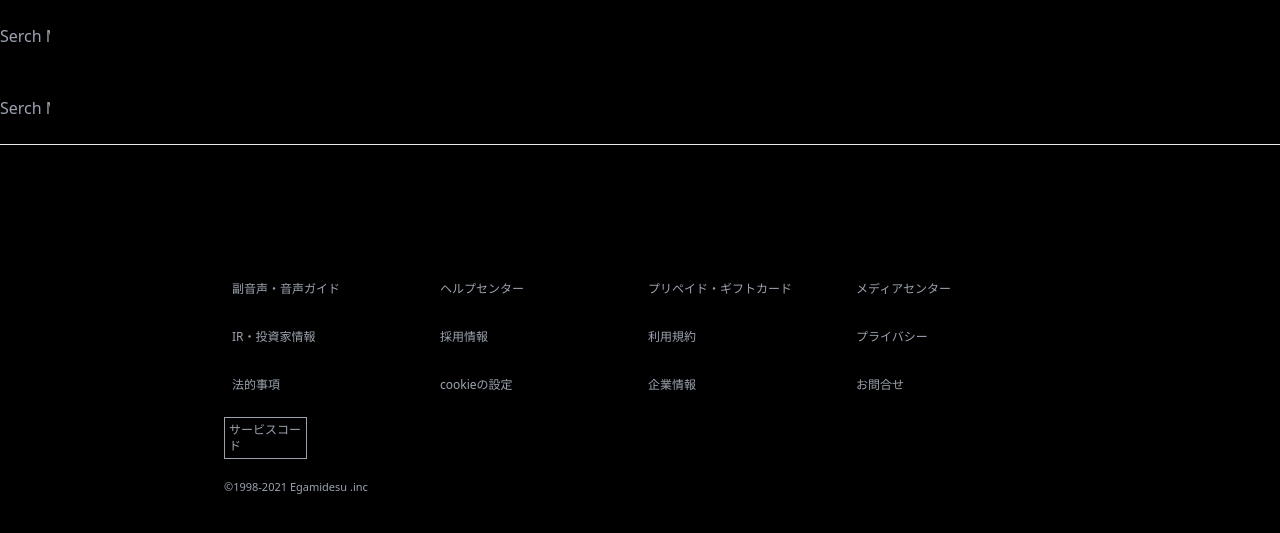
Repository: Reiya-1003/NextMovieApp
Page: /componets/navbar
The author's editor kept a copy of each file at every save. The page is drawn from the files as they stood at one save, then again after the next save.
The browser window is 1280 px wide. The pictures show the whole page.
The page's requests for data from a server got no answer. The project was rebuilt for these pictures with package versions that can differ from the ones it lists, and the page was loaded fresh each time. The framework's server and built-in components were replaced by stand-ins that run in the browser. No one was signed in, and anything a server would have sent is missing. Also part of the build but not shown: next.config.js.

Above is the page before, as saved 2022-01-20 10:56:59.

After the next save:
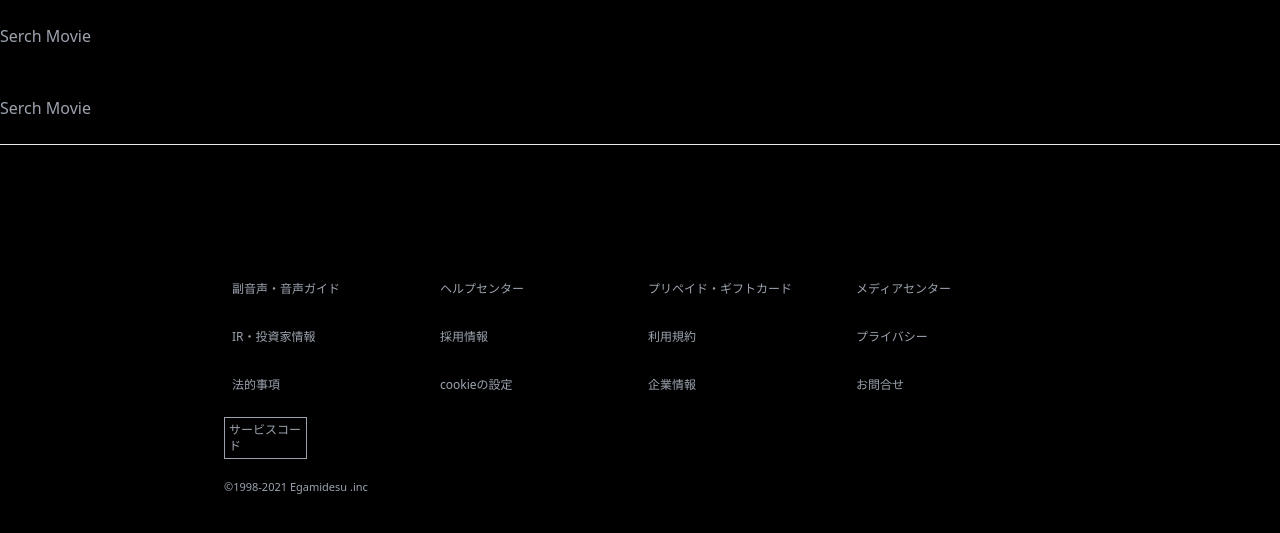
Saved 64 s later.
--- a/pages/componets/navbar.tsx
+++ b/pages/componets/navbar.tsx
@@ -44,7 +44,7 @@ export default function Navber() {
               <input
                 placeholder="Serch Movie"
                 type="text"
-                style={{ color:"white",width:"50px"}}
+                style={{ color:"white"}}
                 // onChange={handleChange}
               />
 
